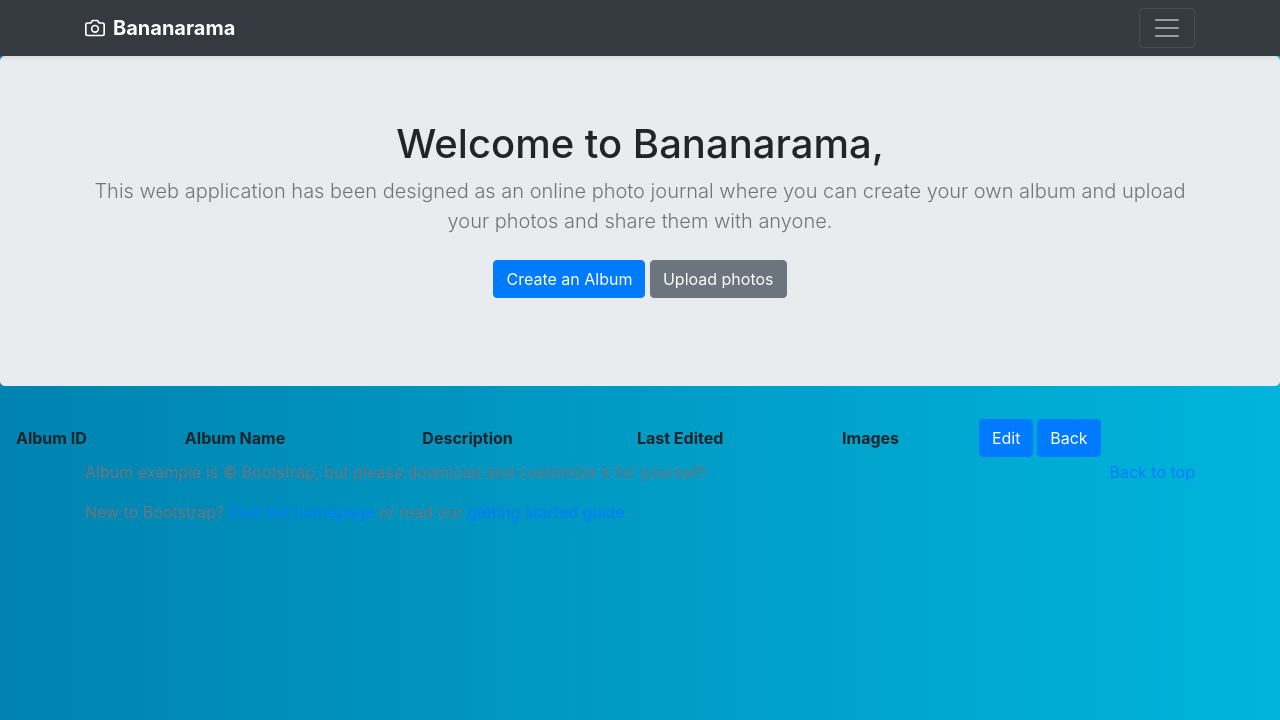
Repository: SamLookingGlass/DataCentric-Development
Page: templates/layout1display.html
The author's editor kept a record of every edit. The page is drawn from the files as they stood at one moment, then again after the next edit.
The browser window is 1280 px wide. The pictures show the whole page.
The template is drawn by Flask 3. The application's start-up code is not run. The template is opened directly, without the code that normally fills it, so the values that code supplies are empty.

Above is the page before.

After the next edit:
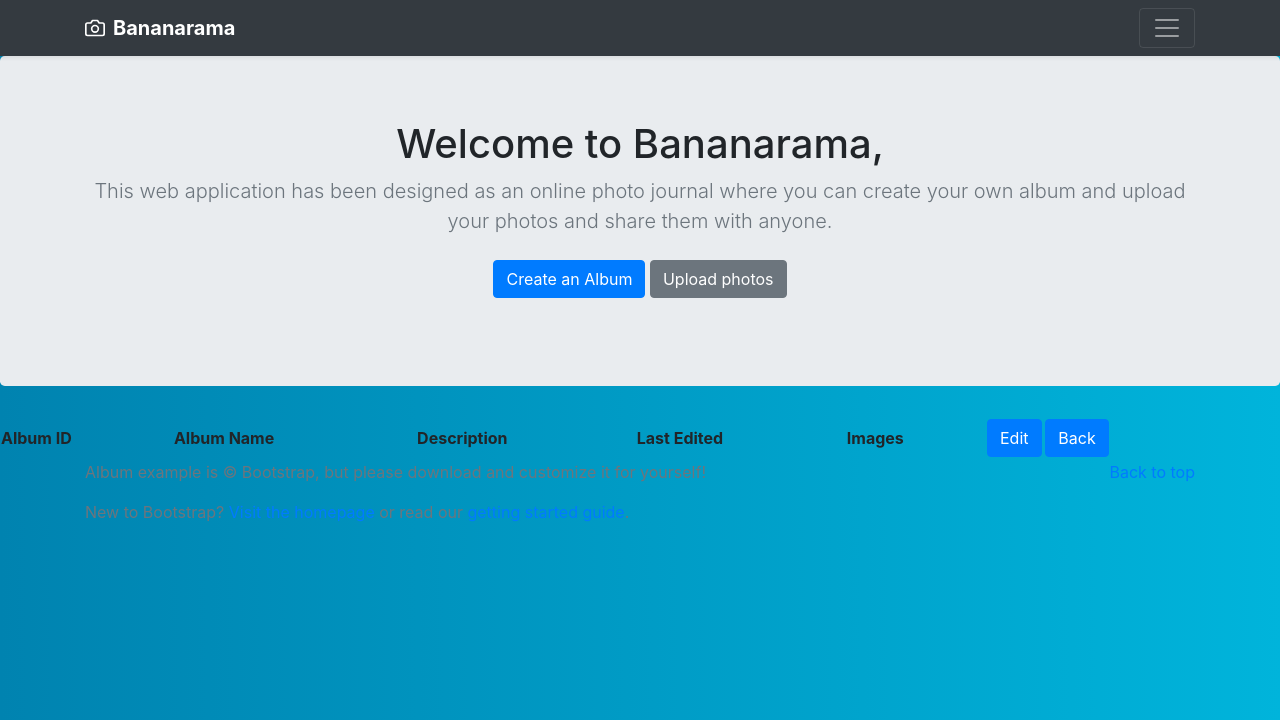
The edit:
--- a/templates/layout1display.html
+++ b/templates/layout1display.html
@@ -2,7 +2,8 @@
 
     {%block content %}
 
-    <div class="container-fluid">
+  <div class="container-fluid">
+    <div class="row content">
     <table style="width:100%">
 
     <tr>
